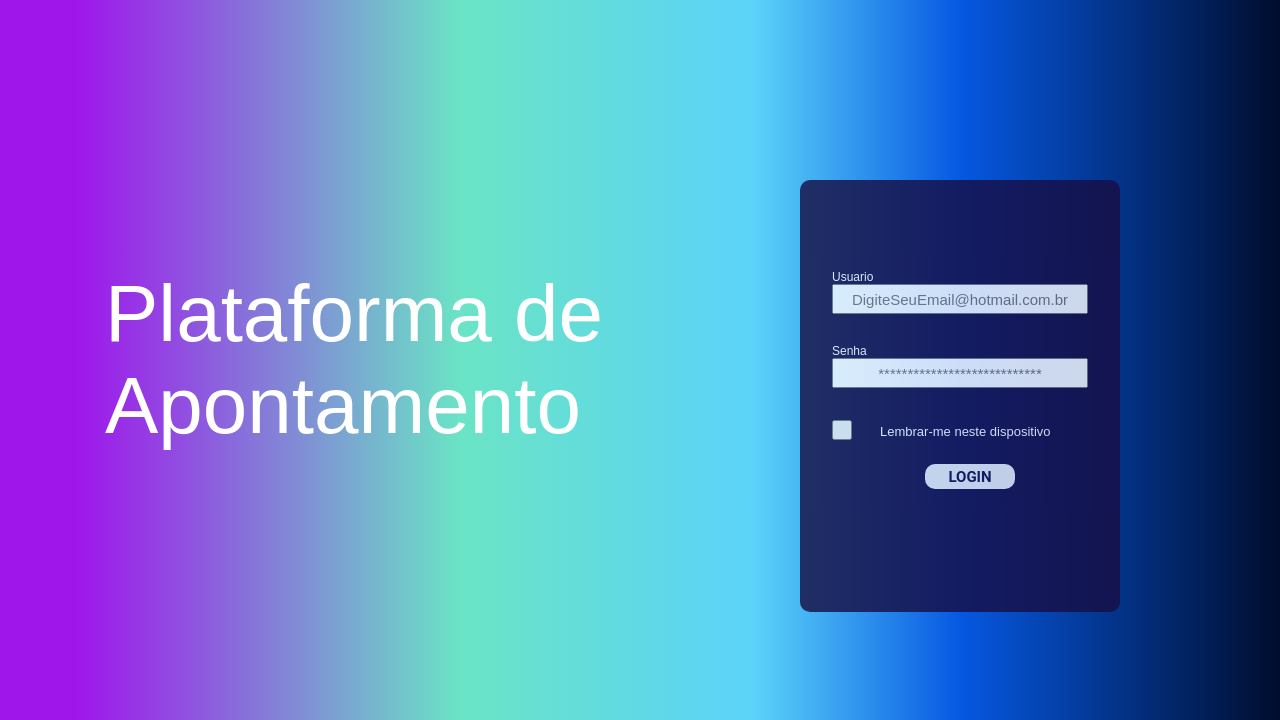
Repository: KevynMarques/Estudos-Reactjs-Firebase
Page: /
The author's editor kept a copy of each file at every save. The page is drawn from the files as they stood at one save, then again after the next save.
The browser window is 1280 px wide. The pictures show the whole page.
The page's requests for data from a server got no answer. The project was rebuilt for these pictures with package versions that can differ from the ones it lists, and the page was loaded fresh each time. No one was signed in, and anything a server would have sent is missing. Also part of the build but not shown: src/Pages/Page2.jsx.

Above is the page before, as saved 2022-08-23 14:55:24.

After the next save:
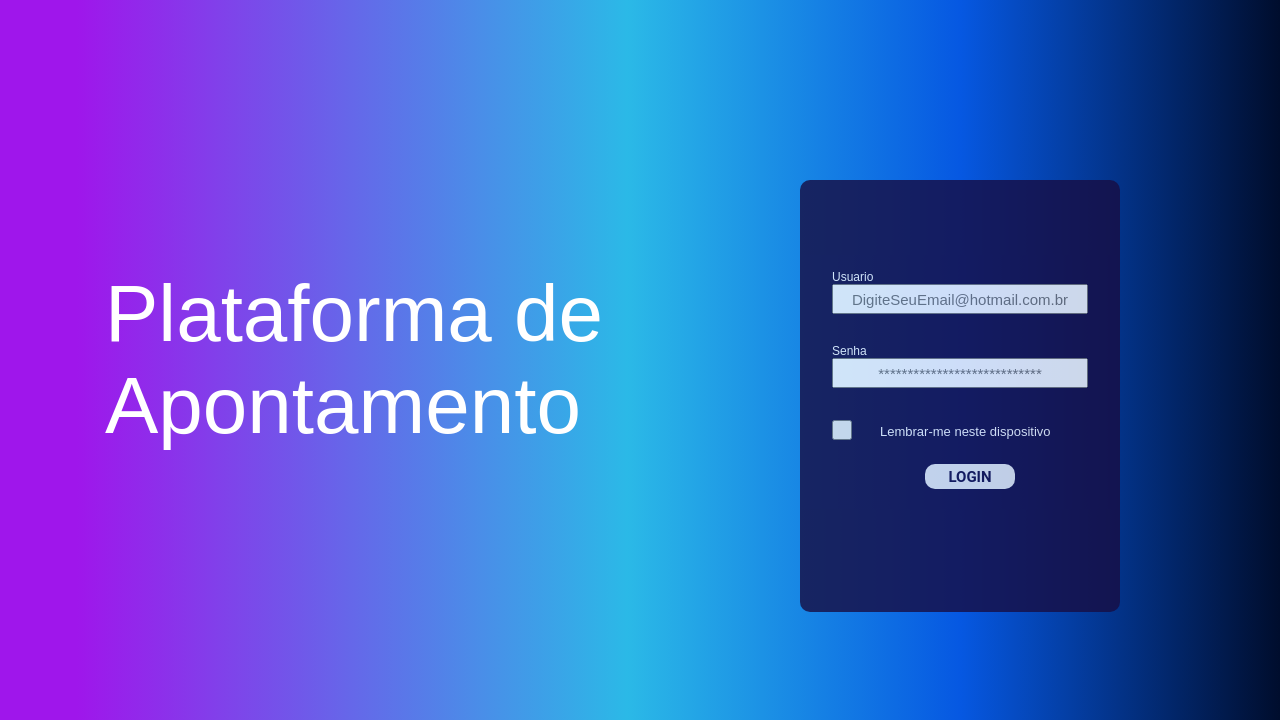
Saved 28 s later.
--- a/src/Components/Login/style.jsx
+++ b/src/Components/Login/style.jsx
@@ -5,7 +5,7 @@ display: flex;
 align-items: center;
 justify-content: center;
 background: rgb(159,22,235);
-background: linear-gradient(90deg, rgba(159,22,235,1) 6%, rgba(106,228,197,1) 36%, rgba(91,210,249,1) 59%, rgba(6,88,226,1) 75%, rgba(0,13,45,1) 100%);
+background: linear-gradient(90deg, rgba(159,22,235,1) 6%, rgba(43,185,231,1) 49%, rgba(6,88,226,1) 75%, rgba(0,13,45,1) 100%);
 height: 100vh;
 `;
 
